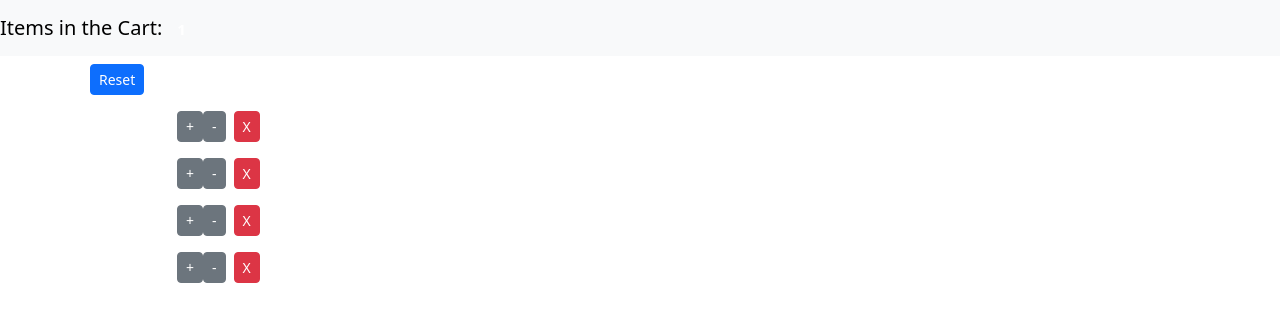
Repository: Edes2128/MovieTable-pagination-filter-sorting-in-React
Page: /
The author's editor kept a copy of each file at every save. The page is drawn from the files as they stood at one save, then again after the next save.
The browser window is 1280 px wide. The pictures show the whole page.
The project was rebuilt for these pictures with package versions that can differ from the ones it lists, and the page was loaded fresh each time. Also part of the build but not shown: src/App.css.

Above is the page before, as saved 2020-06-16 00:12:32.

After the next save:
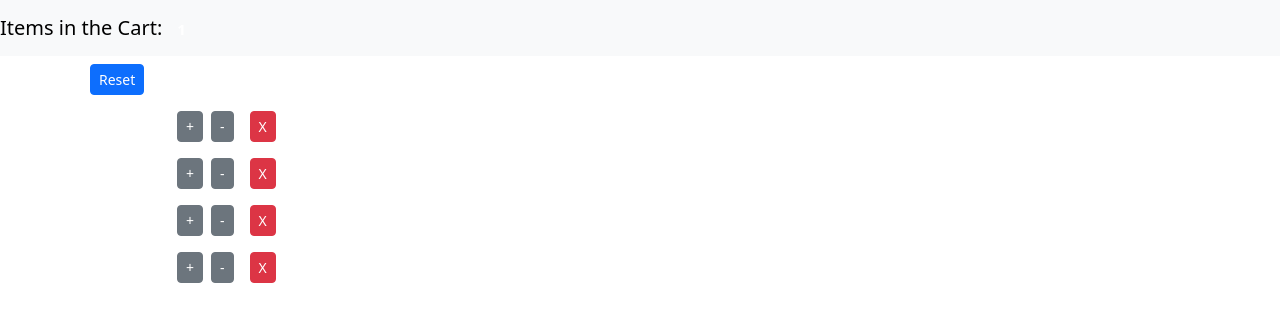
Saved 41 s later.
--- a/src/components/counter.jsx
+++ b/src/components/counter.jsx
@@ -11,7 +11,7 @@ class Counter extends Component {
                 </div>
                 <div className="col">
                 <button onClick={() => this.props.onIncrement(this.props.counter)} className="btn btn-secondary btn-sm">+</button>
-                <button onClick={() => this.props.onDecrement(this.props.counter)} className="btn btn-secondary btn-sm">-</button>
+                <button onClick={() => this.props.onDecrement(this.props.counter)} className="btn btn-secondary btn-sm m-2">-</button>
                 <button onClick={() => this.props.onDelete(this.props.counter.id)} className="btn btn-danger btn-sm m-2">X</button>
                 </div>
             </div>
